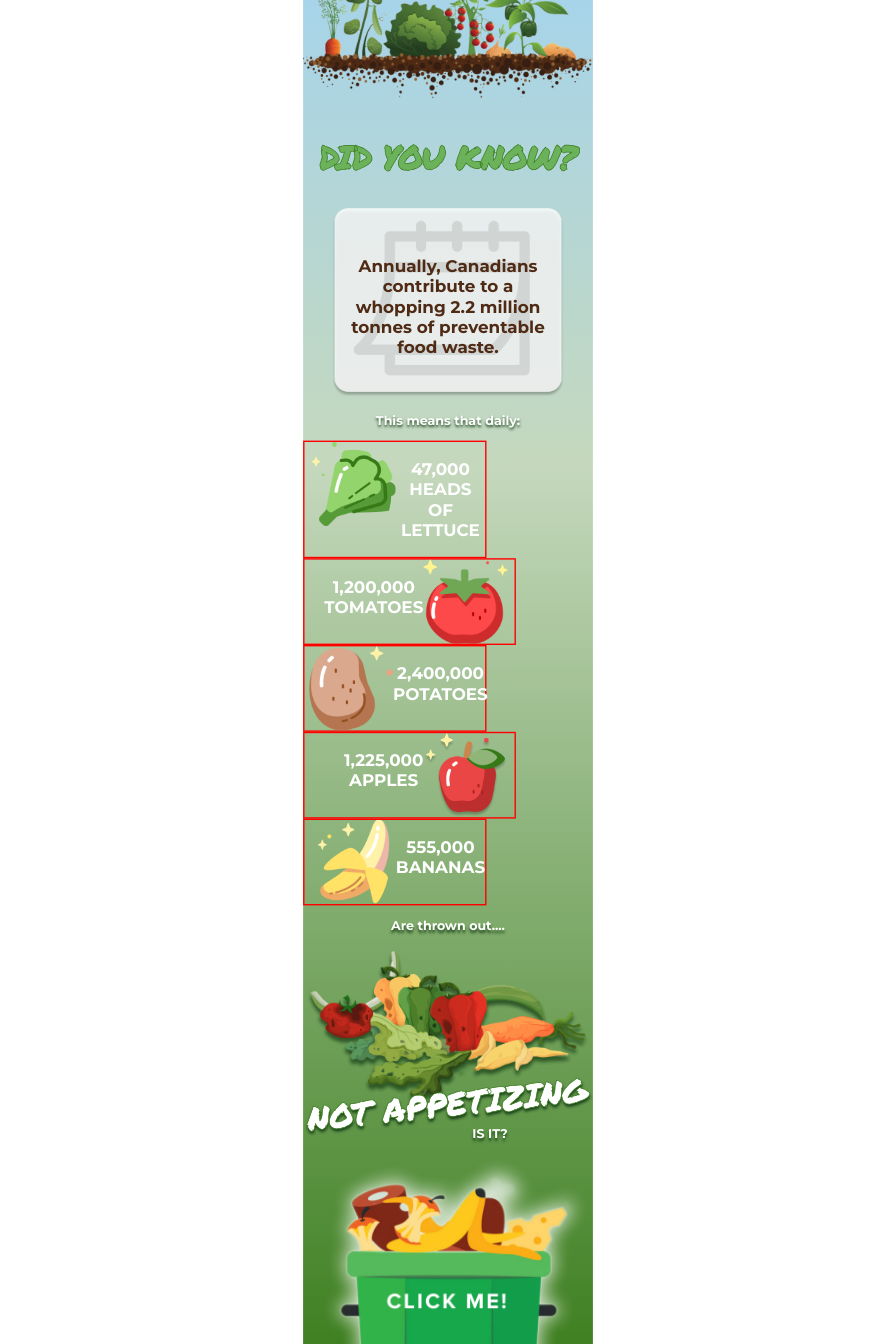
Repository: zoelake/DCDmidterm
Page: page1/index.html
An editor plug-in stored every save of this project. The page is shown before and after the next save, followed by the edit.
The browser window is 1280 px wide. The pictures show the part of the page from y = 659 to 2579 px (the page is 2650 px tall), at 70% of full size.

Above is the page before, as saved 2021-03-05 20:29:27.

After the next save:
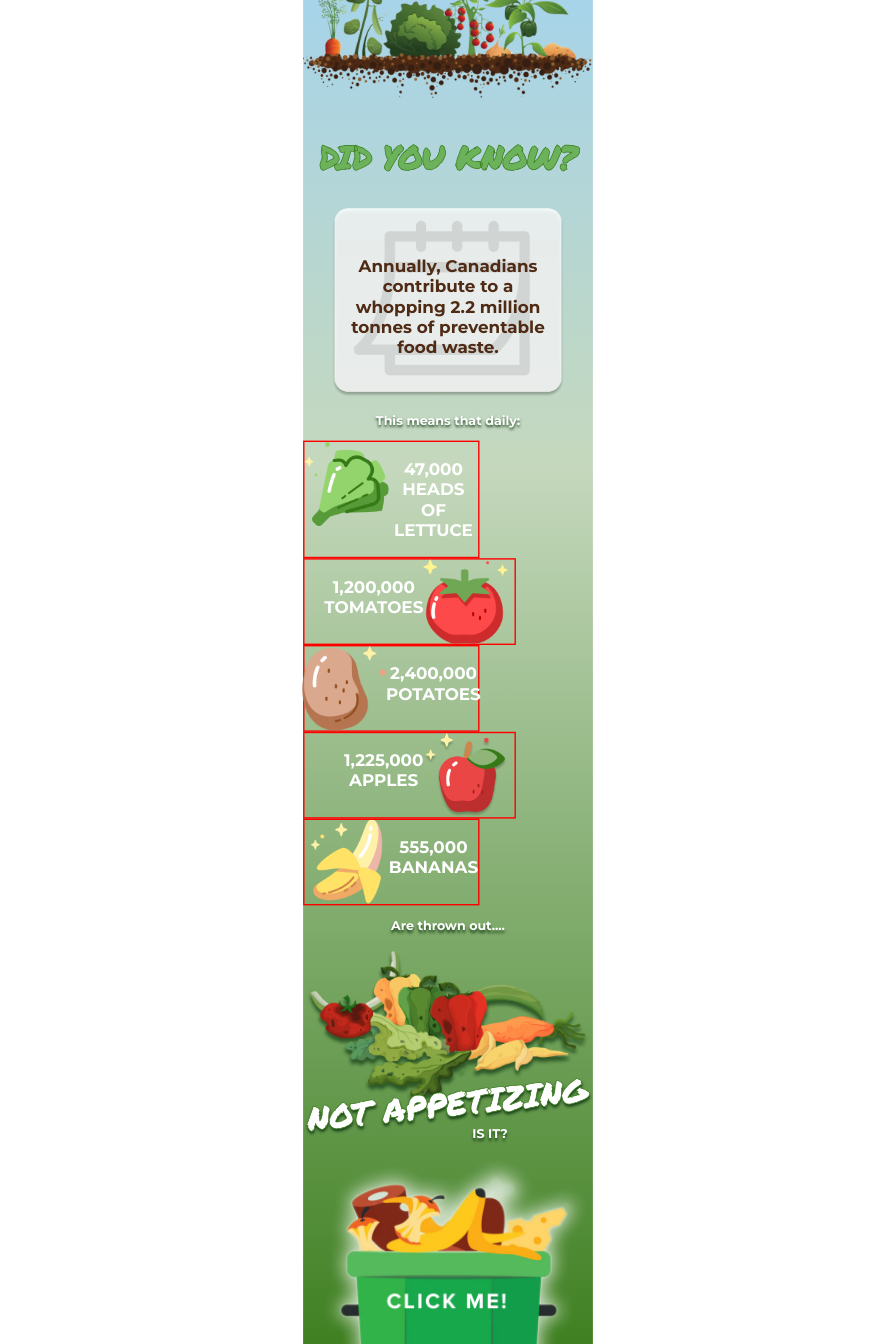
Saved 9 s later.
--- a/page1/style.css
+++ b/page1/style.css
@@ -81,7 +81,7 @@ p{
     left: 0;
     border: 2px solid red;
     width: 60%;
-    padding-left: 10px;
+    /* padding-left: 10px; */
 }
 
 .produce-right{
